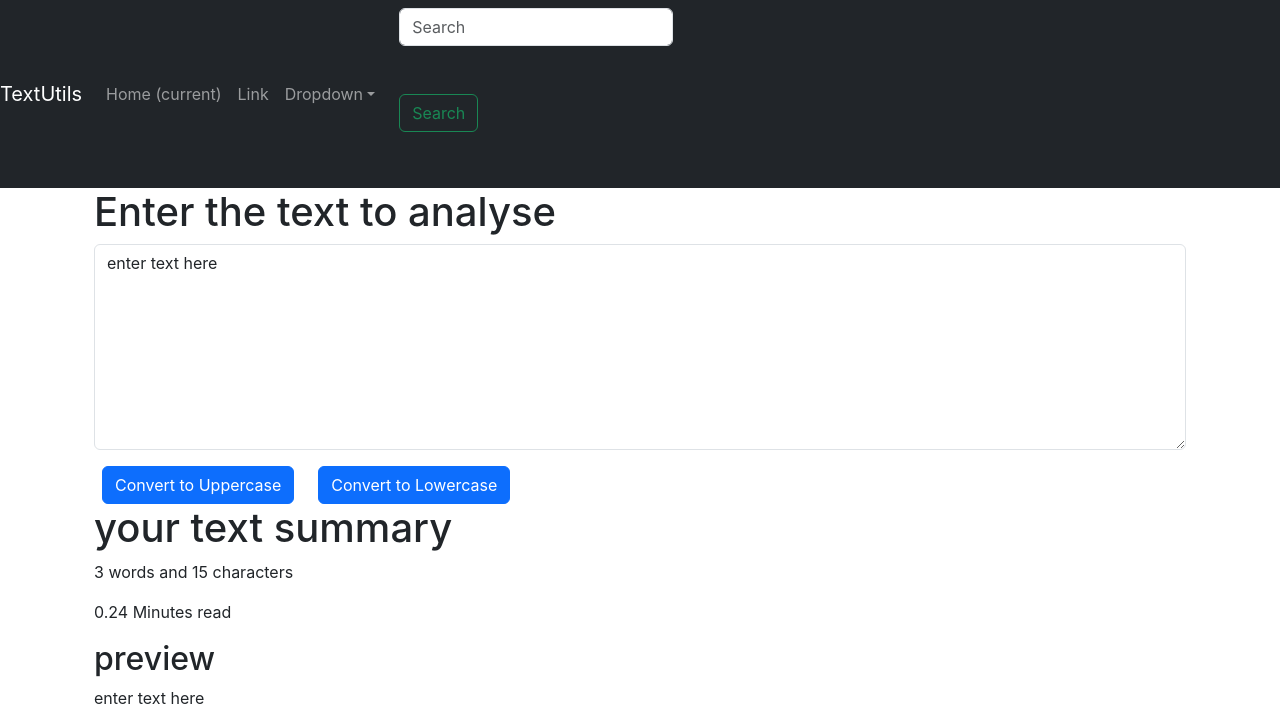
Repository: Aastha1035/React.navbar
Page: /
The author's editor kept a copy of each file at every save. The page is drawn from the files as they stood at one save, then again after the next save.
The browser window is 1280 px wide. The pictures show the whole page.
The project was rebuilt for these pictures with package versions that can differ from the ones it lists, and the page was loaded fresh each time. Also part of the build but not shown: src/App.css.

Above is the page before, as saved 2024-07-17 12:48:25.

### public/index.html
<!DOCTYPE html>
<html lang="en">
  <head>
    <meta charset="utf-8" />
    <link rel="icon" href="%PUBLIC_URL%/favicon.ico" />
    <meta name="viewport" content="width=device-width, initial-scale=1" />
    <meta name="theme-color" content="#000000" />
    <meta
      name="description"
      content="Web site created using create-react-app"
    />
    <link rel="apple-touch-icon" href="%PUBLIC_URL%/logo192.png" />
    <!--
      manifest.json provides metadata used when your web app is installed on a
      user's mobile device or desktop. See https://developers.google.com/web/fundamentals/web-app-manifest/
    -->
    <link rel="manifest" href="%PUBLIC_URL%/manifest.json" />
    <!--
      Notice the use of %PUBLIC_URL% in the tags above.
      It will be replaced with the URL of the `public` folder during the build.
      Only files inside the `public` folder can be referenced from the HTML.

      Unlike "/favicon.ico" or "favicon.ico", "%PUBLIC_URL%/favicon.ico" will
      work correctly both with client-side routing and a non-root public URL.
      Learn how to configure a non-root public URL by running `npm run build`.
    -->
    <link href="https://cdn.jsdelivr.net/npm/bootstrap@5.3.3/dist/css/bootstrap.min.css" rel="stylesheet" integrity="sha384-QWTKZyjpPEjISv5WaRU9OFeRpok6YctnYmDr5pNlyT2bRjXh0JMhjY6hW+ALEwIH" crossorigin="anonymous">
    <title>React App</title>
  </head>
  <body>
    <noscript>You need to enable JavaScript to run this app.</noscript>
    <div id="root"></div>
    <!--
      This HTML file is a template.
      If you open it directly in the browser, you will see an empty page.

      You can add webfonts, meta tags, or analytics to this file.
      The build step will place the bundled scripts into the <body> tag.

      To begin the development, run `npm start` or `yarn start`.
      To create a production bundle, use `npm run build` or `yarn build`.
    -->
    <script src="https://cdn.jsdelivr.net/npm/bootstrap@5.3.3/dist/js/bootstrap.bundle.min.js"
    integrity="sha384-YvpcrYf0tY3lHB60NNkmXc5s9fDVZLESaAA55NDzOxhy9GkcIdslK1eN7N6jIeHz"
    crossorigin="anonymous"></script>
  </body>
</html>

### src/App.js

import './App.css';
import Navbar from './components/Navbar';
import Textform from './components/Textform';

function App() {
  return (
    <>
   < Navbar title="TextUtils"/>
   <div className="container">
   <Textform heading="Enter the text to analyse"/>
   </div>

  </>
  );
}

export default App;

### src/components/Navbar.js
import React from 'react'

export default function Navbar(props) {
  return (
    <nav className="navbar navbar-expand-lg navbar-dark bg-dark">
  <a className="navbar-brand" href="#">{props.title}</a>
  <button className="navbar-toggler" type="button" data-toggle="collapse" data-target="#navbarSupportedContent" aria-controls="navbarSupportedContent" aria-expanded="false" aria-label="Toggle navigation">
    <span className="navbar-toggler-icon"></span>
  </button>

  <div className="collapse navbar-collapse" id="navbarSupportedContent">
    <ul className="navbar-nav mr-auto">
      <li className="nav-item active">
        <a className="nav-link" href="#">Home <span className="sr-only">(current)</span></a>
      </li>
      <li className="nav-item">
        <a className="nav-link" href="#">Link</a>
      </li>
      <li className="nav-item dropdown">
        <a className="nav-link dropdown-toggle" href="#" id="navbarDropdown" role="button" data-toggle="dropdown" aria-haspopup="true" aria-expanded="false">
          Dropdown
        </a>
        <div className="dropdown-menu" aria-labelledby="navbarDropdown">
          <a className="dropdown-item" href="#">Action</a>
          <a className="dropdown-item" href="#">Another action</a>
          <div className="dropdown-divider"></div>
          <a className="dropdown-item" href="#">Something else here</a>
        </div>
      </li>
      <li className="nav-item">
        <a className="nav-link disabled" href="#">{props.aboutText}</a>
      </li>
    </ul>
    <form className="form-inline my-2 my-lg-0">
      <input className="form-control mr-sm-2" type="search" placeholder="Search" aria-label="Search"/>
      <button className="btn btn-outline-success my-2 my-sm-5" type="submit">Search</button>
    </form>
  </div>
</nav>
  )
}

### src/components/Textform.js
import React,{ useState } from "react";



export default function Textform(props) {
    const handleUpclick = ()=>{
        //console.log("uppercase was clicked" + text);
        let newText = text.toUpperCase();
        setText(newText)
    }
    const handleLoclick= ()=>{
        //console.log("handle onchange");
        let newText = text.toLowerCase();
        setText(newText)
    }
    const handleOnchange= (event)=>{
        //console.log("handle onchange");
        setText(event.target.value)
    }

    const [text, setText] = useState("enter text here");
  return (
    <>
    <div className="container">
       <h1>{props.heading}</h1>
       <div className="mb-3">
       <textarea className="form-control" value={text} onChange={handleOnchange} id="mybox" rows="8"></textarea>
    </div>
    <button className="btn btn-primary mx-2" onclick={handleUpclick}>Convert to  Uppercase</button>
    <button className="btn btn-primary mx-3" onclick={handleLoclick}>Convert to  Lowercase</button>
    </div>
    <div className="container">
        <h1>your text summary</h1>
        <p>{text.split(" ").length} words and {text.length} characters</p>
        <p>{0.08 * text.split(" ").length} Minutes read</p>
        <h2>preview</h2>
        <p>{text}</p>
    </div>

</>


  )
}

Loaded but not shown: src/index.js (common file); src/index.css (common file); src/reportWebVitals.js (common file)

After the next save:
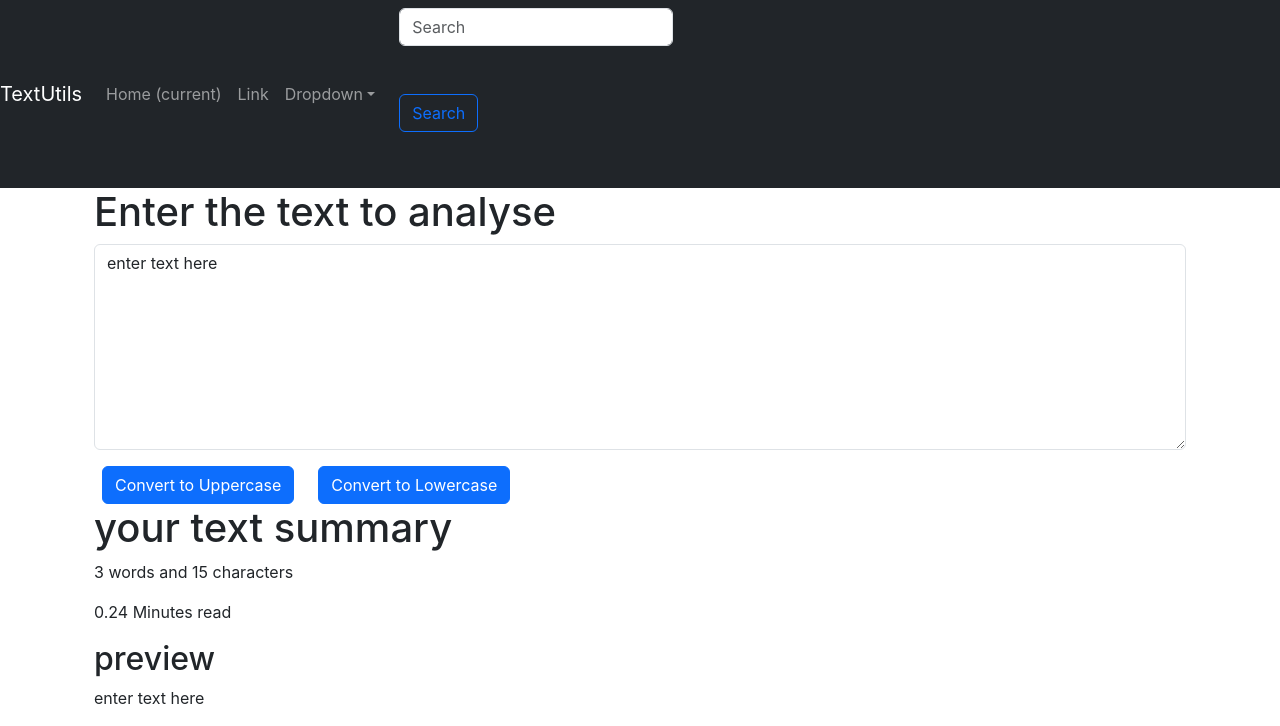
Saved 30 s later.
--- a/src/components/Navbar.js
+++ b/src/components/Navbar.js
@@ -33,7 +33,7 @@ export default function Navbar(props) {
     </ul>
     <form className="form-inline my-2 my-lg-0">
       <input className="form-control mr-sm-2" type="search" placeholder="Search" aria-label="Search"/>
-      <button className="btn btn-outline-success my-2 my-sm-5" type="submit">Search</button>
+      <button className="btn btn-outline-primary my-2 my-sm-5" type="submit">Search</button>
     </form>
   </div>
 </nav>
